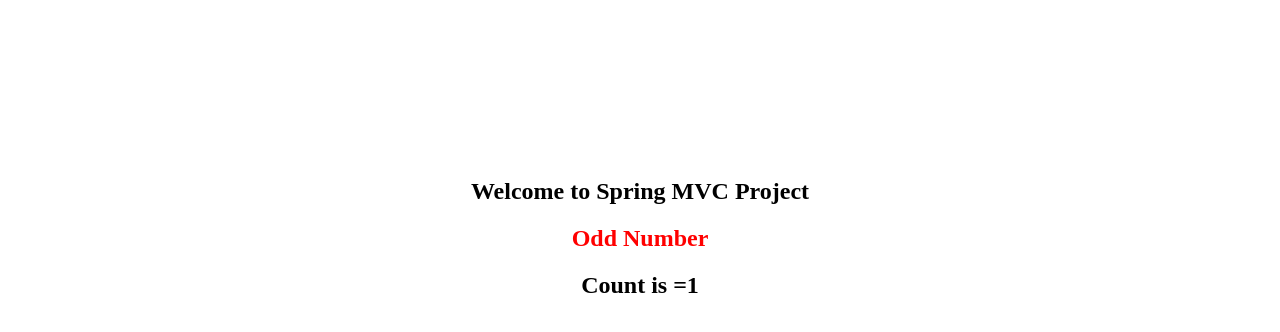
Repository: PragatiShinde16/SpringMVCDemo
Page: http://localhost/SpringMVCProject/views/login.jsp
An editor plug-in stored every save of this project. The page is shown before and after the next save, followed by the edit.
The browser window is 1280 px wide. The pictures show the whole page.
The page is served by Tomcat 9.

Above is the page before, as saved 2024-08-27 05:12:20.

After the next save:
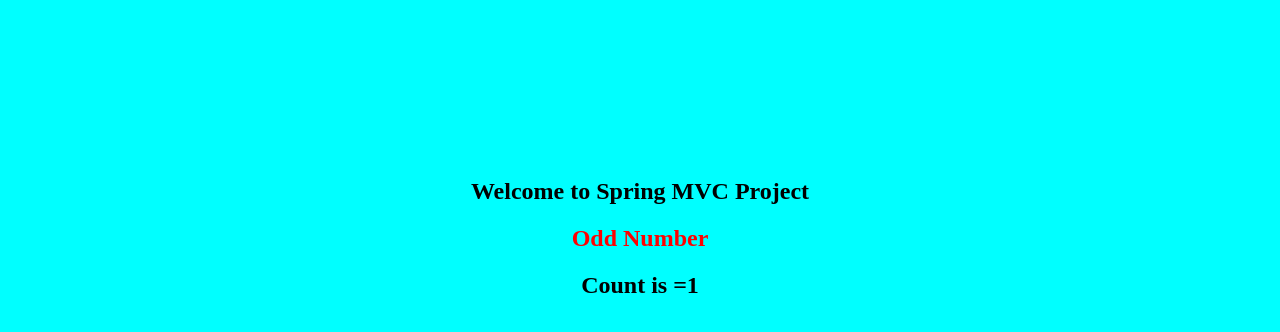
Saved 55 s later.
--- a/SpringMVCProject/src/main/webapp/views/login.jsp
+++ b/SpringMVCProject/src/main/webapp/views/login.jsp
@@ -6,7 +6,7 @@
 <meta charset="ISO-8859-1">
 <title>Insert title here</title>
 </head>
-<body style="text-align: center; padding:150px;">
+<body style="text-align: center; padding:150px; background-color:aqua;">
 	<h2>Welcome to Spring MVC Project</h2>
 
 	<%!
